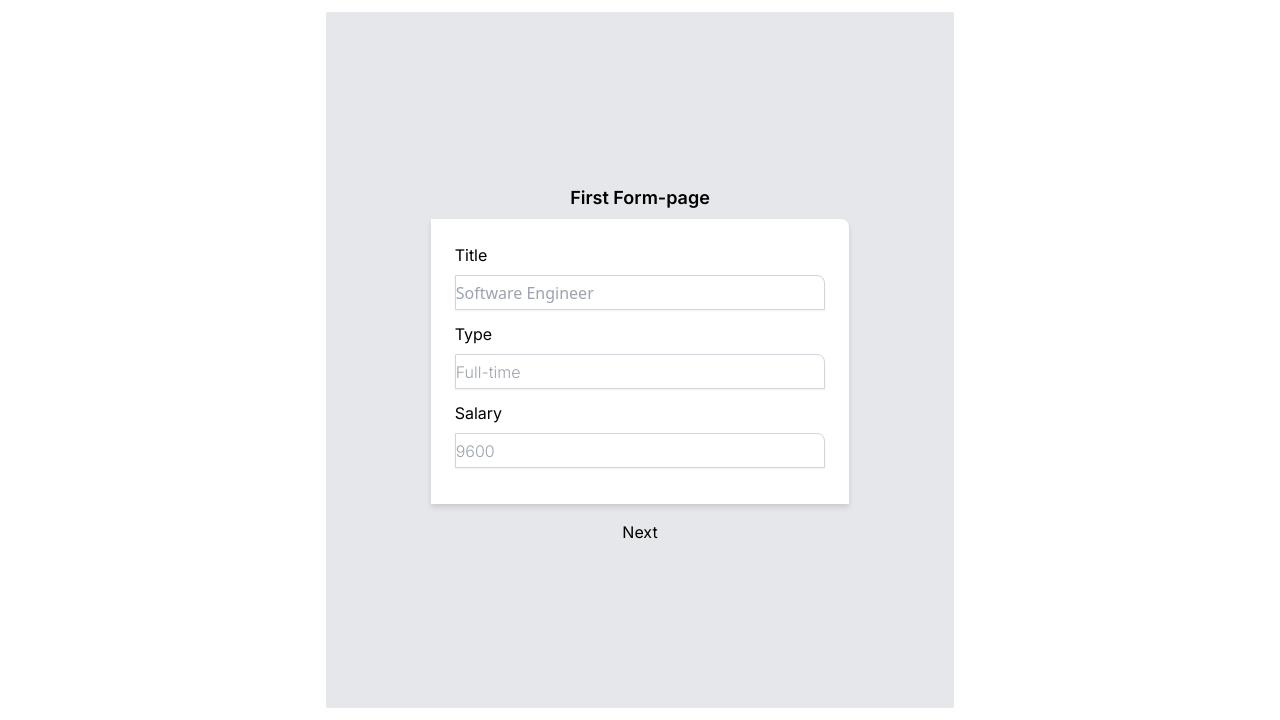
Repository: Abdibaye/Job-Sphere
Page: /form
The author's editor kept a copy of each file at every save. The page is drawn from the files as they stood at one save, then again after the next save.
The browser window is 1280 px wide. The pictures show the whole page.
The project was rebuilt for these pictures with package versions that can differ from the ones it lists, and the page was loaded fresh each time. Also part of the build but not shown: vite.config.js, src/components/search.jsx, src/components/navbar.jsx, src/pages/descriptionpage.jsx, src/components/job.jsx, src/components/feed.jsx, src/components/saved.jsx, src/components/filter.jsx and 4 more.

Above is the page before, as saved 2025-02-23 00:35:16.

After the next save:
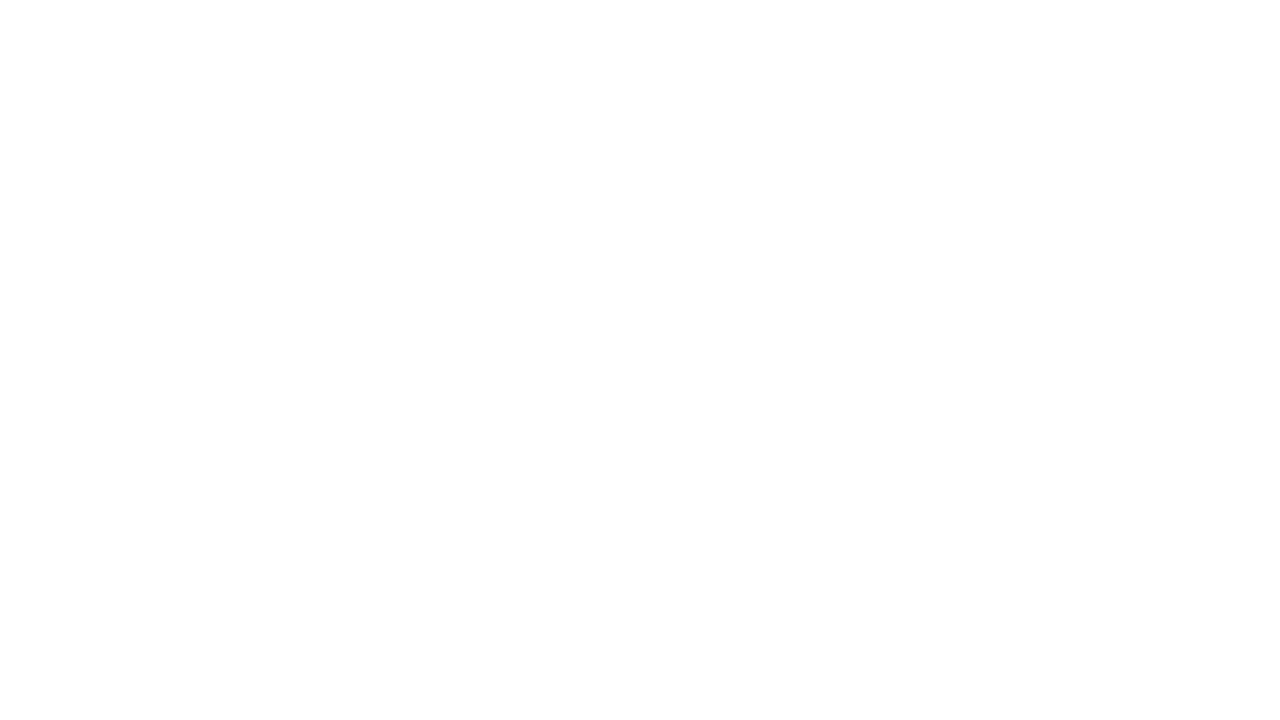
Console error: ReferenceError: formik is not defined
Saved 3 min 59 s later.
--- a/src/components/form.jsx
+++ b/src/components/form.jsx
@@ -9,7 +9,7 @@ const initialValues = {
 }
 
 function Form(){
-  const formik = useFormik({
+  const {values, handleBlur, handleChange, handleSubmit} = useFormik({
     initialValues:initialValues,
     onSubmit: (value) => {
       console.log(value);
@@ -23,7 +23,7 @@ function Form(){
             <h1 className="m-2 font-[600] text-[18px]">First Form-page</h1>
               <div className="bg-[#fff] w-2/3 h-fit flex flex-col justify-center p-6 rounded-tr-lg drop-shadow-md">
                 <label className="mb-2">Title</label>
-                <input className="mb-3 h-[35px] border border-gray-300 rounded-tr-lg shadow-sm focus:outline-none font-sans font-light" type="text" placeholder="Software Engineer" />
+                <input onBlur={handleBlur} onChange={onchange} value={values.title} className="mb-3 h-[35px] border border-gray-300 rounded-tr-lg shadow-sm focus:outline-none font-sans font-light" type="text" placeholder="Software Engineer" />
                 <label className="mb-2">Type</label>
                 <input className="mb-3 mb-3 h-[35px] border border-gray-300 rounded-tr-lg shadow-sm focus:outline-none font-light" type="text" placeholder="Full-time" />
                 <label className="mb-2 ">Salary</label>

After the 3 saves that followed:
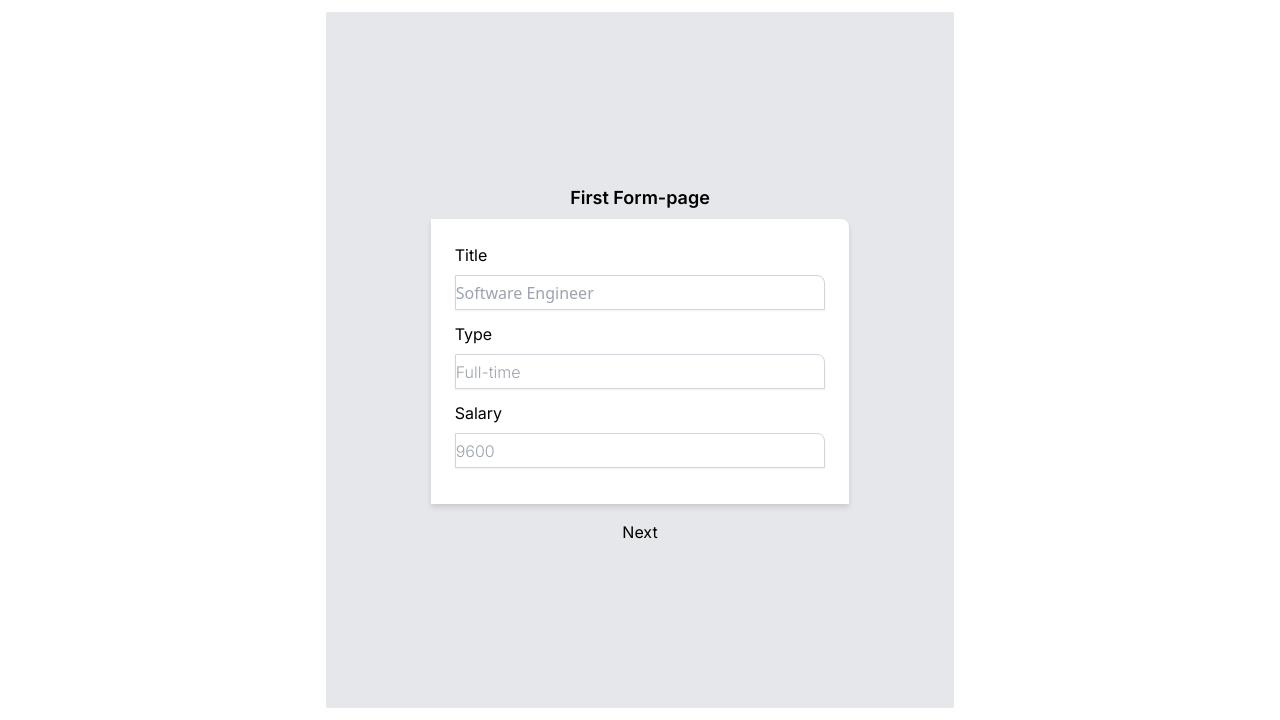
The error is gone.
The 3 saves are shown as one change because 2 left the picture as it was.
The last was saved 109 s later.
--- a/src/components/form.jsx
+++ b/src/components/form.jsx
@@ -16,7 +16,7 @@ function Form(){
     }
   })
 
-  console.log(formik);
+
     return(
         <div className=" h-screen font-inter   flex justify-center p-3 ">
             <div className="bg-gray-200 w-1/2 rounded-sm flex flex-col justify-center items-center">
@@ -29,11 +29,11 @@ function Form(){
                 <label className="mb-2 ">Salary</label>
                 <input className="mb-3 mb-3 h-[35px] border border-gray-300 rounded-tr-lg shadow-sm focus:outline-none font-light" type="text" placeholder="9600" />
               </div>
-                <button className="mt-4">Next</button>
+                <button onSubmit={handleSubmit} className="mt-4">Next</button>
             </div>
         </div>
     );
 }
 
 
-export default Form
+export default Form;
